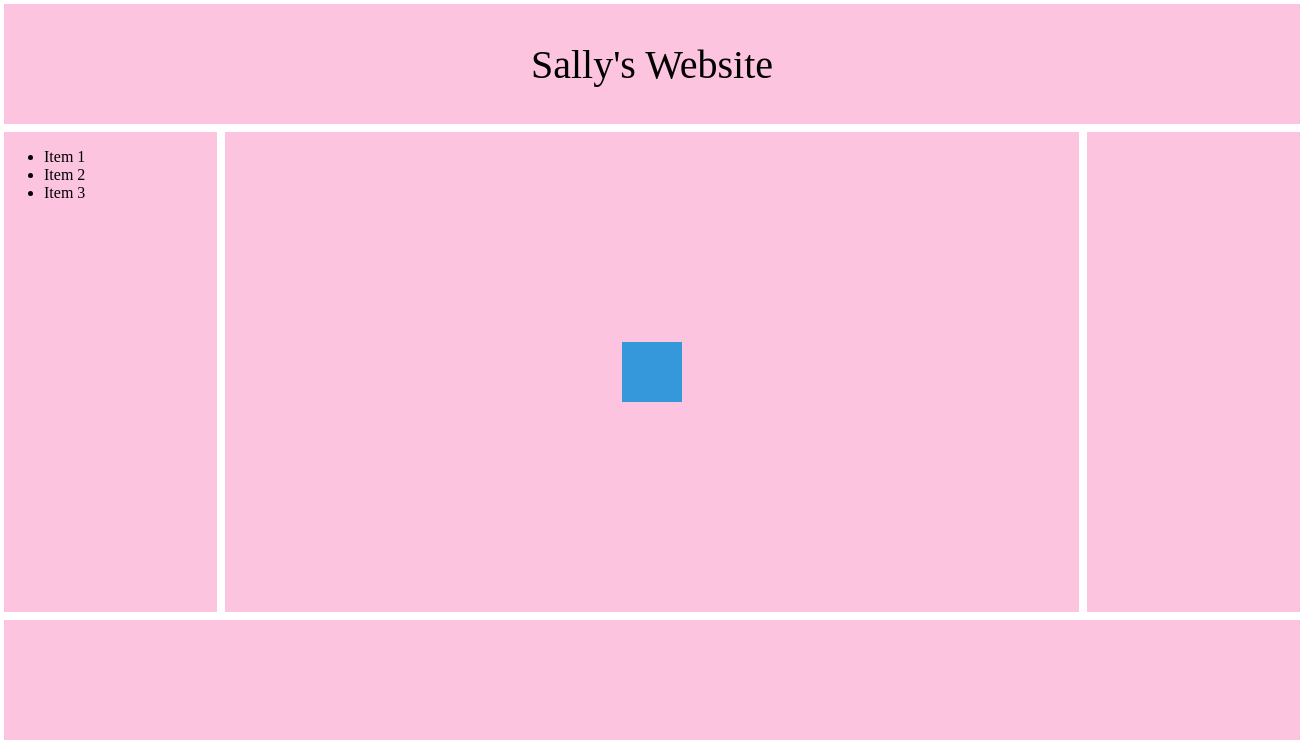
Repository: tianjiewang2022/tianjiewang2022.github.io
Page: index.html
An editor plug-in stored every save of this project. The page is shown before and after the next save, followed by the edit.
The browser window is 1280 px wide. The page is 1304 px wide, then 1280 px, so the pictures cover 1304 px, including what lies to the right of the window. The pictures show the whole page.

Above is the page before, as saved 2023-10-03 00:05:54.

After the next save:
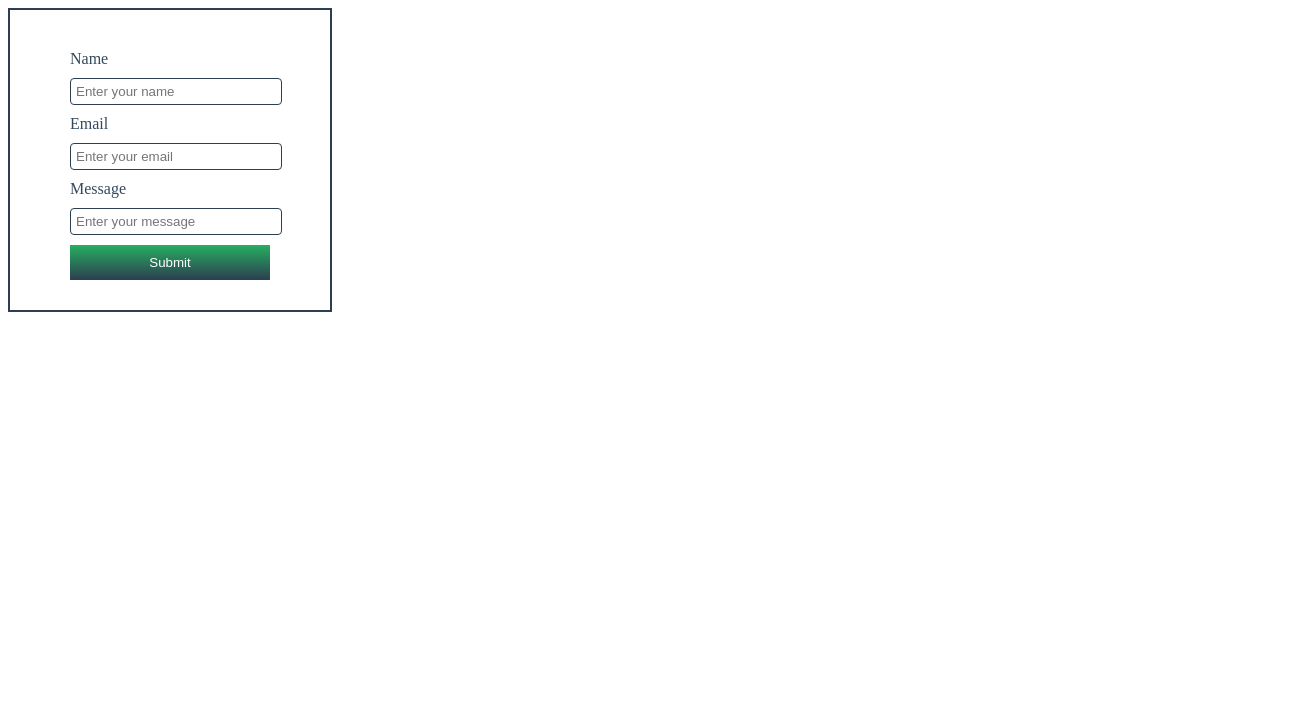
Saved 18 h 22 min later.
--- a/index.html
+++ b/index.html
@@ -1,129 +1,66 @@
 <!DOCTYPE html>
-<html lang="en">
+<html>
 
     <head>
-        <meta charset="UTF-8">
-        <meta name="viewport" content="width=device-width, initial-scale=1.0">
-        <title>Sally's Webpage</title>
         <style>
-            body {
-                margin: 0;
-                padding: 0;
-                display: grid;
-                grid-template-rows: repeat(6, 1fr);
-                grid-template-columns: repeat(6, 1fr);
-                height: 100vh;
+            /* CSS for the form container */
+            .form-container {
+                width: 200px;
+                border: 2px solid #2c3e50;
+                padding: 40px 60px 30px;
+                display: inline-block;
             }
 
-            header {
-                background-color: rgb(252, 196, 223);
-                color: rgb(0, 0, 0);
-                grid-column: 1 / span 6;
-                grid-row: 1 / span 1;
-                display: flex;
-                justify-content: center;
-                align-items: center;
-                font-size: 40px;
-                z-index: 100;
-                height: calc(100vh / 6);
-                /* Set the height of the header */
-                border: 4px solid #fff;
+            /* CSS for labels */
+            label {
+                color: #34495e;
+                display: block;
+                margin-bottom: 10px;
             }
 
-            .left_bar {
-                background-color: rgb(252, 196, 223);
-                grid-row: 2 / span 4;
-                grid-column: 1 / span 1;
-                height: calc(4 * (100vh / 6));
-                /* Set the height of the left bar */
-                width: calc(1 * (100vw / 6));
-                /* Set the width of the left bar */
-                /* Position the left bar at the left side */
-                border: 4px solid #fff;
+            /* CSS for input fields */
+            input {
+                width: 100%;
+                padding: 5px;
+                margin-bottom: 10px;
+                border: 1px solid #2c3e50;
+                border-radius: 4px;
+                color: #2c3e50;
+                placeholder: #95a5a6;
             }
 
-            .main_area {
-                background-color: rgb(252, 196, 223);
-                grid-row: 2 / span 4;
-                grid-column: 2 / span 4;
-                display: flex;
-                grid-template-columns: 1fr;
-                flex-wrap: wrap;
-                justify-content: center;
-                position: relative;
-                height: calc(4 * (100vh / 6));
-                width: calc(4 * (100vw / 6));
-                align-items: center;
-                border: 4px solid #fff;
+            /* CSS for the Submit button */
+            button {
+                width: 100%;
+                background: linear-gradient(to bottom, #27ae60, #2c3e50);
+                color: white;
+                border: none;
+                padding: 10px;
+                cursor: pointer;
             }
 
-            /* Initial box style */
-            .box {
-                width: 60px;
-                height: 60px;
-                background-color: #3498db;
-                /* Initial color */
-                transition: all 0.5s ease;
-                /* Transition duration and timing function */
+            /* CSS for button hover effect */
+            button:hover {
                 cursor: pointer;
-                /* Change cursor to pointer on hover */
-            }
-
-            /* Hover effect */
-            .box:hover {
-                width: 120px;
-                height: 120px;
-                background-color: #a72dfe;
-                /* New color on hover */
-            }
-
-            .right_bar {
-                background-color: rgb(252, 196, 223);
-                grid-row: 2 / span 4;
-                grid-column: 6 / span 1;
-                height: calc(4 * (100vh / 6));
-                /* Set the height of the left bar */
-                width: calc(1 * (100vw / 6));
-                /* Set the width of the left bar */
-                /* Position the left bar at the left side */
-                border: 4px solid #fff;
-            }
-
-            footer {
-                background-color: rgb(252, 196, 223);
-                grid-column: 1 / span 6;
-                grid-row: 6 / span 1;
-                /* Place the footer in the last row */
-                display: flex;
-                justify-content: center;
-                align-items: center;
-                z-index: 100;
-                height: calc(100vh / 6);
-                /* Set the height of the footer */
-                border: 4px solid #fff;
             }
         </style>
     </head>
 
     <body>
-        <header>
-            Sally's Website
-        </header>
+        <div class="form-container">
+            <form>
+                <label for="name">Name</label>
+                <input type="text" id="name" name="name" placeholder="Enter your name">
 
-        <!-- Your content goes here -->
-        <div class="left_bar">
-            <ul>
-                <li>Item 1</li>
-                <li>Item 2</li>
-                <li>Item 3</li>
-            </ul>
+                <label for="email">Email</label>
+                <input type="email" id="email" name="email" placeholder="Enter your email">
+
+                <label for="message">Message</label>
+                <input type="text" id="message" name="message" placeholder="Enter your message">
+
+                <button type="submit">Submit</button>
+            </form>
         </div>
-        <div class="main_area">
-            <div class="box"></div> <!-- Centered box -->
-        </div>
-        <span class="right_bar"></span>
-
-        <footer></footer>
     </body>
 
 </html>
